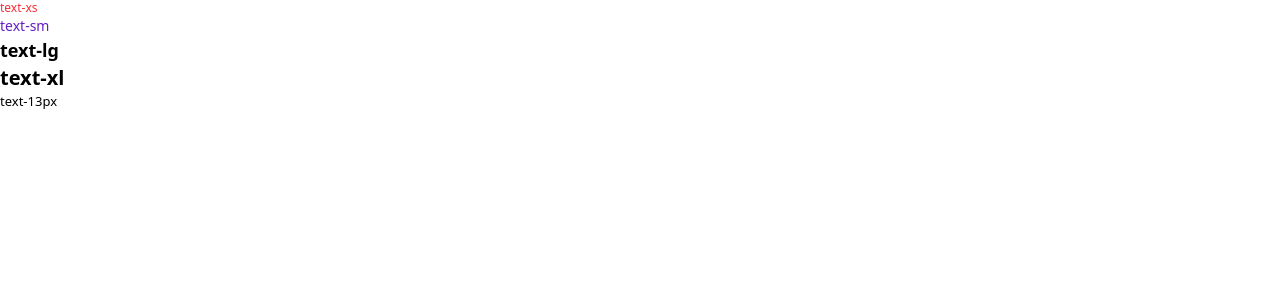
Repository: kkhhjjoo/onebite-tailwind
Page: /
The author's editor kept a copy of each file at every save. The page is drawn from the files as they stood at one save, then again after the next save.
The browser window is 1280 px wide. The pictures show the whole page.
The project was rebuilt for these pictures with package versions that can differ from the ones it lists, and the page was loaded fresh each time. Also part of the build but not shown: vite.config.ts, src/App.css.

Above is the page before, as saved 2025-12-24 19:36:44.

After the next save:
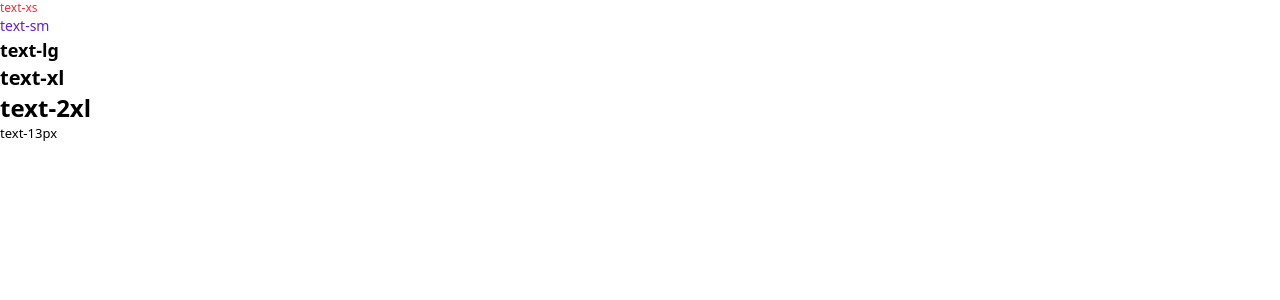
Saved 22 s later.
--- a/src/App.tsx
+++ b/src/App.tsx
@@ -8,6 +8,7 @@ function App() {
       <div className="text-sm text-[rgb(100,30,200)]">text-sm</div>
       <div className="text-lg font-bold">text-lg</div>
       <div className="text-xl font-extrabold">text-xl</div>
+      <div className="text-2xl font-black">text-2xl</div>
       <div className="text-[13px]">text-13px</div>
     </div>
   );
